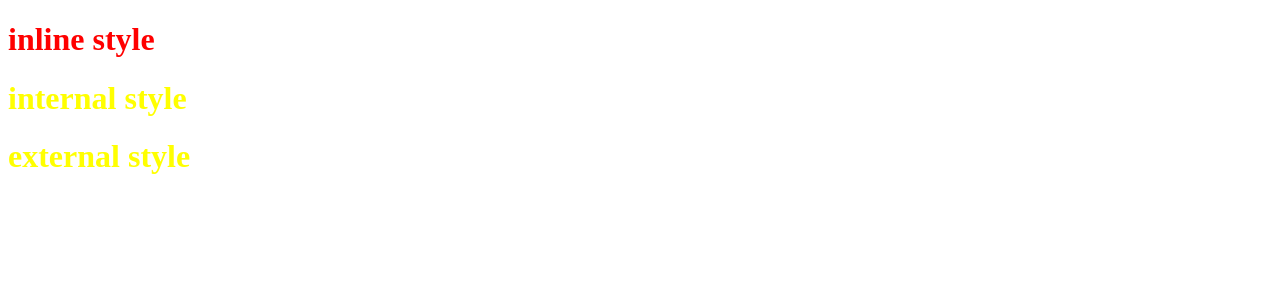
Repository: kwakminjung/bootclass
Page: Day2/frontend/src/main/resources/static/index.html
These files come from the project's save history. The page is drawn as it stood at one moment and after the next save; the edit follows.
The browser window is 1280 px wide. The pictures show the whole page.

Above is the page before, as saved 2024-07-02 01:23:07.

After the next save:
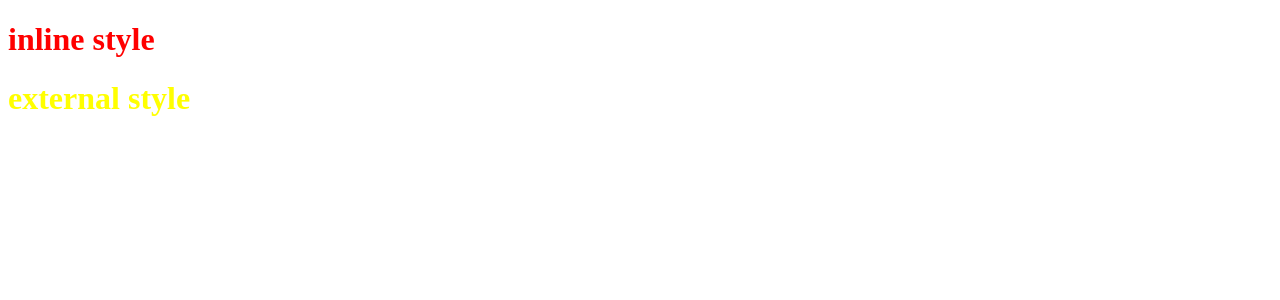
Saved 21 s later.
--- a/Day2/frontend/src/main/resources/static/index.html
+++ b/Day2/frontend/src/main/resources/static/index.html
@@ -16,8 +16,6 @@
 
 <h1 style="color:red">inline style</h1>
 
-<h1>internal style</h1>
-
 <h1>external style</h1>
 
 </body>

After the save that followed:
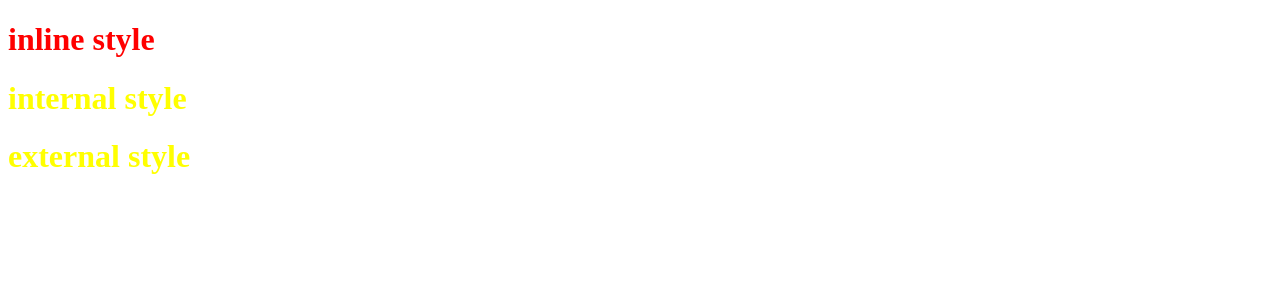
Saved 31 s later.
--- a/Day2/frontend/src/main/resources/static/index.html
+++ b/Day2/frontend/src/main/resources/static/index.html
@@ -16,6 +16,8 @@
 
 <h1 style="color:red">inline style</h1>
 
+<h1>internal style</h1>
+
 <h1>external style</h1>
 
 </body>
